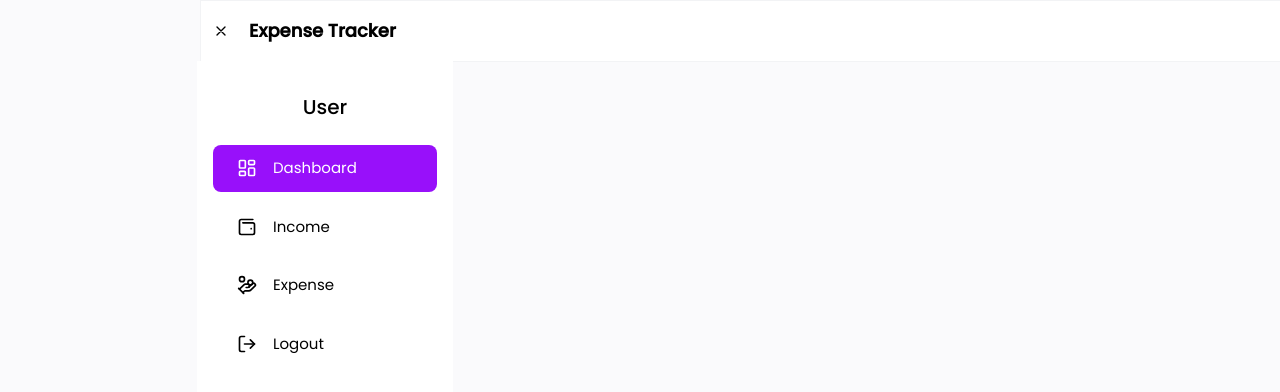
Repository: SnehPatel03/expense-tracker
Page: /Home (app in Frontend/expenseTracker/)
The author's editor kept a copy of each file at every save. The page is drawn from the files as they stood at one save, then again after the next save.
The browser window is 1280 px wide. The pictures show the whole page.
The project was rebuilt for these pictures with package versions that can differ from the ones it lists, and the page was loaded fresh each time. Also part of the build but not shown: Frontend/expenseTracker/vite.config.js, Frontend/expenseTracker/src/inputs/ProfilePhotoSelector.jsx, Frontend/expenseTracker/src/pages/SignUp.jsx, Frontend/expenseTracker/src/pages/Login.jsx, Frontend/expenseTracker/src/pages/Expense.jsx, Frontend/expenseTracker/src/pages/Income.jsx, Frontend/expenseTracker/src/components/Card.jsx, Frontend/expenseTracker/src/components/TransactionInfoCard.jsx and 11 more.

Above is the page before, as saved 2025-07-16 00:25:44.

After the next save:
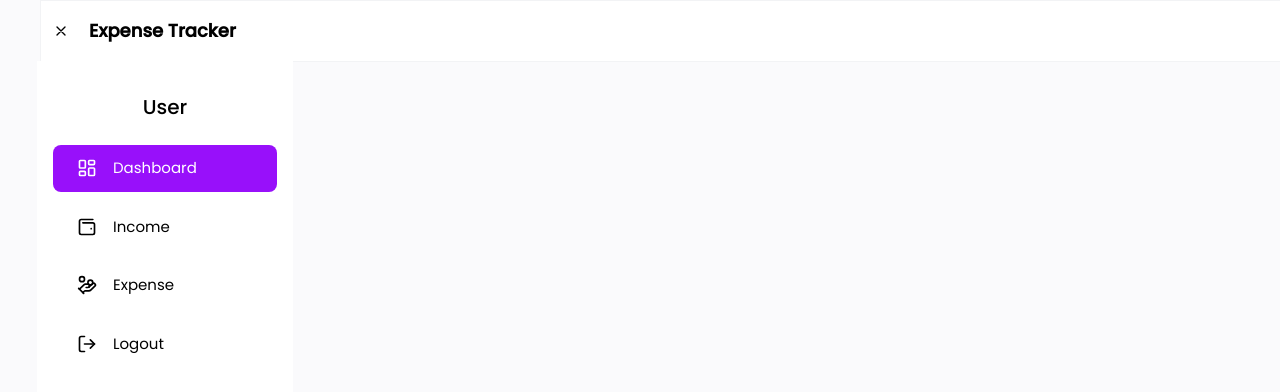
Saved 5 s later.
--- a/Frontend/expenseTracker/src/Layouts/DashboardLayout.jsx
+++ b/Frontend/expenseTracker/src/Layouts/DashboardLayout.jsx
@@ -7,7 +7,7 @@ function DashboardLayout({ children, activeMenu }) {
   const { user } = useContext(UserContext);
 
   return (
-    <div className="min-h-screen px-50">
+    <div className="min-h-screen px-10">
       <Navbar activeMenu={activeMenu} />
       {user && (
         <div className="flex min-w-[calc(100vh-55px)] sm:ml-64 ">
